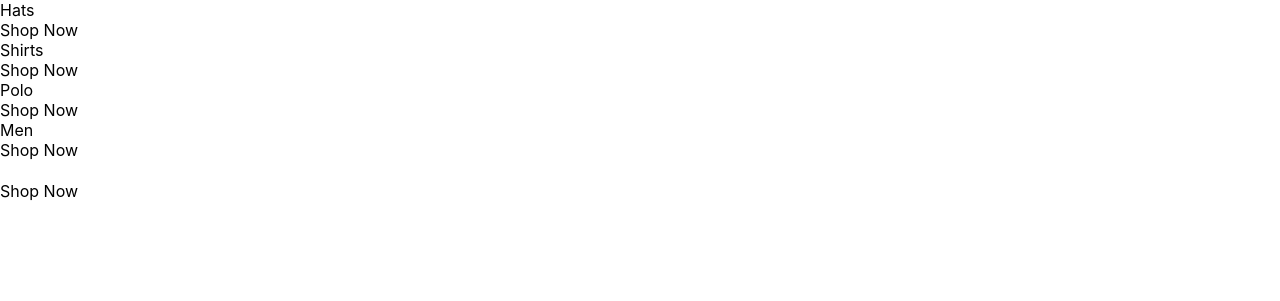
Repository: Syfon01/onestop
Page: /
The author's editor kept a copy of each file at every save. The page is drawn from the files as they stood at one save, then again after a run of saves.
The browser window is 1280 px wide. The pictures show the whole page.
The project was rebuilt for these pictures with package versions that can differ from the ones it lists, and the page was loaded fresh each time. Also part of the build but not shown: src/App.css.

Above is the page before, as saved 2020-07-24 16:05:42.

After the next 2 saves:
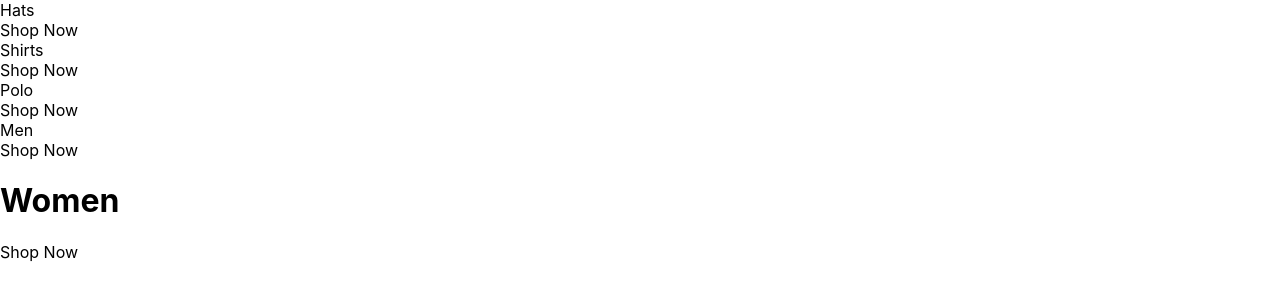
The 2 saves are shown as one change because they came seconds apart.
The last was saved 5 s later.
--- a/src/Homepage.js
+++ b/src/Homepage.js
@@ -29,7 +29,7 @@ const HomePage = () => {
     </div>
     <div className="menu-item">
       <div className="content">
-        <div className="title"><h1></h1></div>
+        <div className="title"><h1>Women</h1></div>
         <div className="subtitle">Shop Now</div>
       </div>
     </div>
